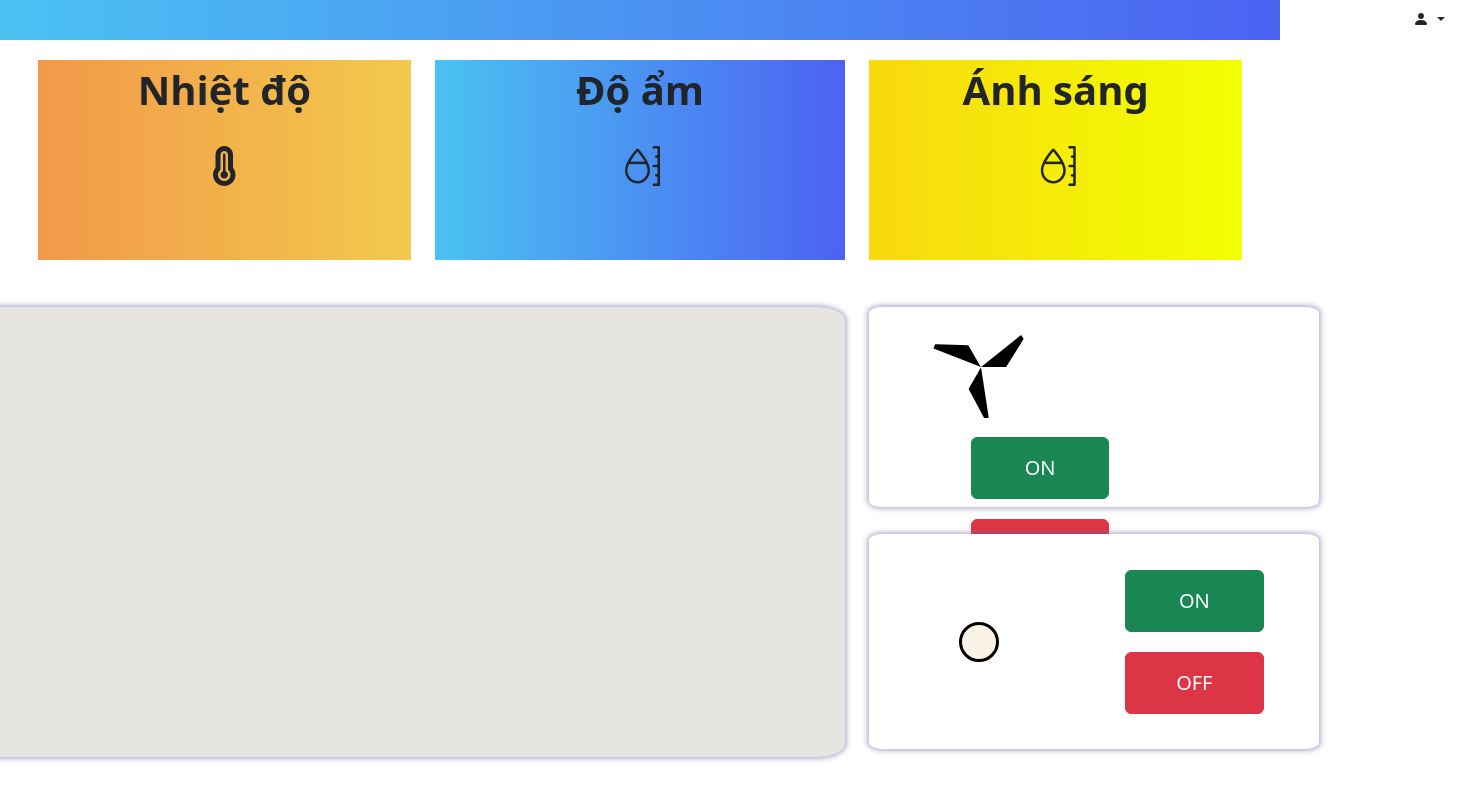
Repository: ndmq03102002/BTL_IOT
Page: Fontend_IOT/iot/index.html
An editor plug-in stored every save of this project. The page is shown before and after the next save, followed by the edit.
The browser window is 1280 px wide. The page is 1458 px wide, so the pictures cover 1458 px, including what lies to the right of the window. The pictures show the whole page.
Some web libraries are served in a nearby version.

Above is the page before, as saved 2023-09-07 09:49:02.

After the next save:
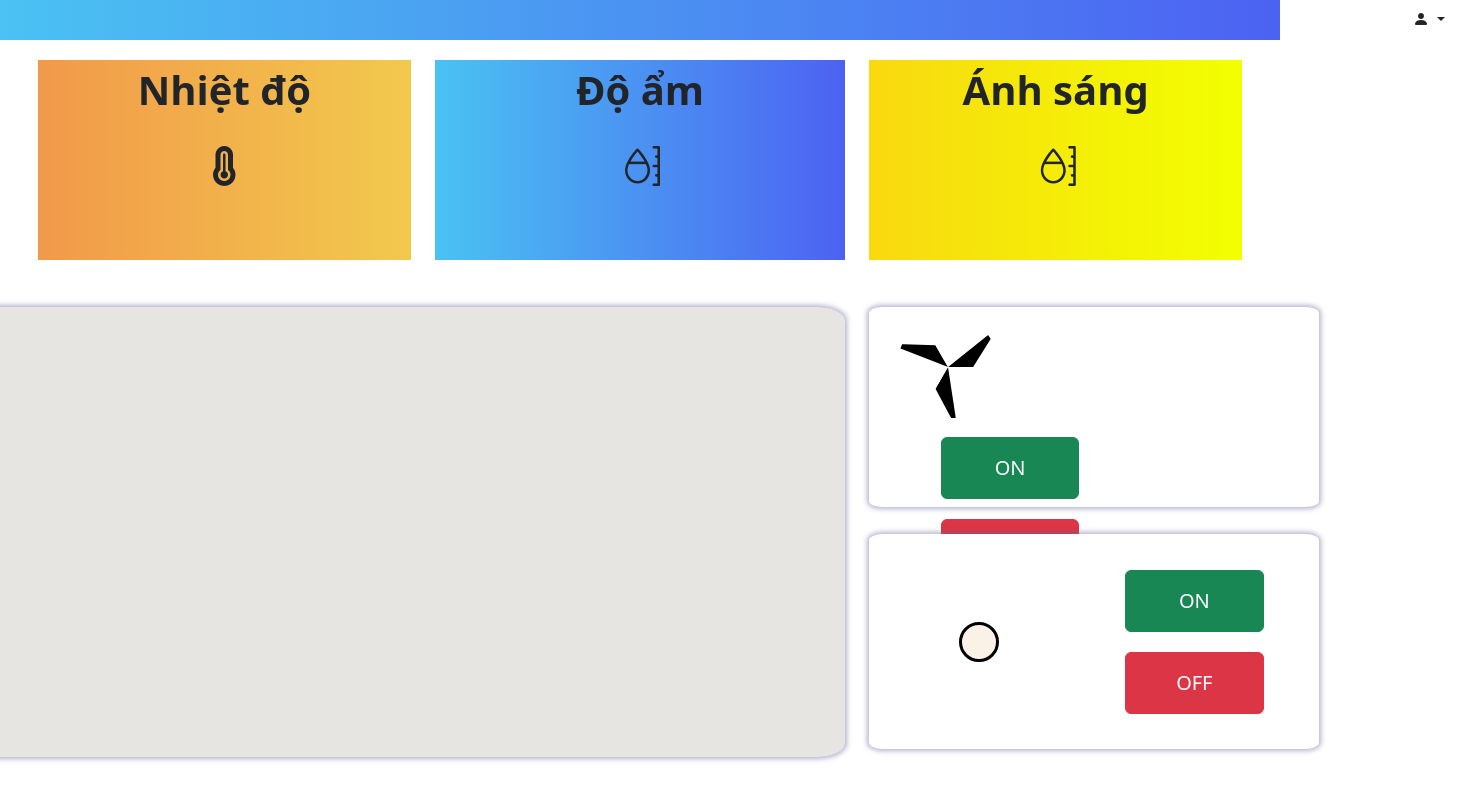
Saved 5 s later.
--- a/Fontend_IOT/iot/index.html
+++ b/Fontend_IOT/iot/index.html
@@ -65,7 +65,7 @@
                         <div class="blade blade-3"></div>
                         <div class="stand"></div>
                     </div>
-                    <div class="button" style="margin: auto; margin-top: 130px;margin-right: 210px;">
+                    <div class="button" style="margin: auto; margin-top: 130px;margin-right: 240px;">
                         <button class="btn btn-success " onclick="OnFan()" style="--bs-btn-padding-y: 15px; --bs-btn-padding-x: 50px; --bs-btn-font-size: 20px; ">ON</button>
                          <button class="btn btn-danger " onclick="OffFan()" style="margin-top: 20px; --bs-btn-padding-y: 15px; --bs-btn-padding-x: 50px; --bs-btn-font-size: 20px;">OFF</button>
 
